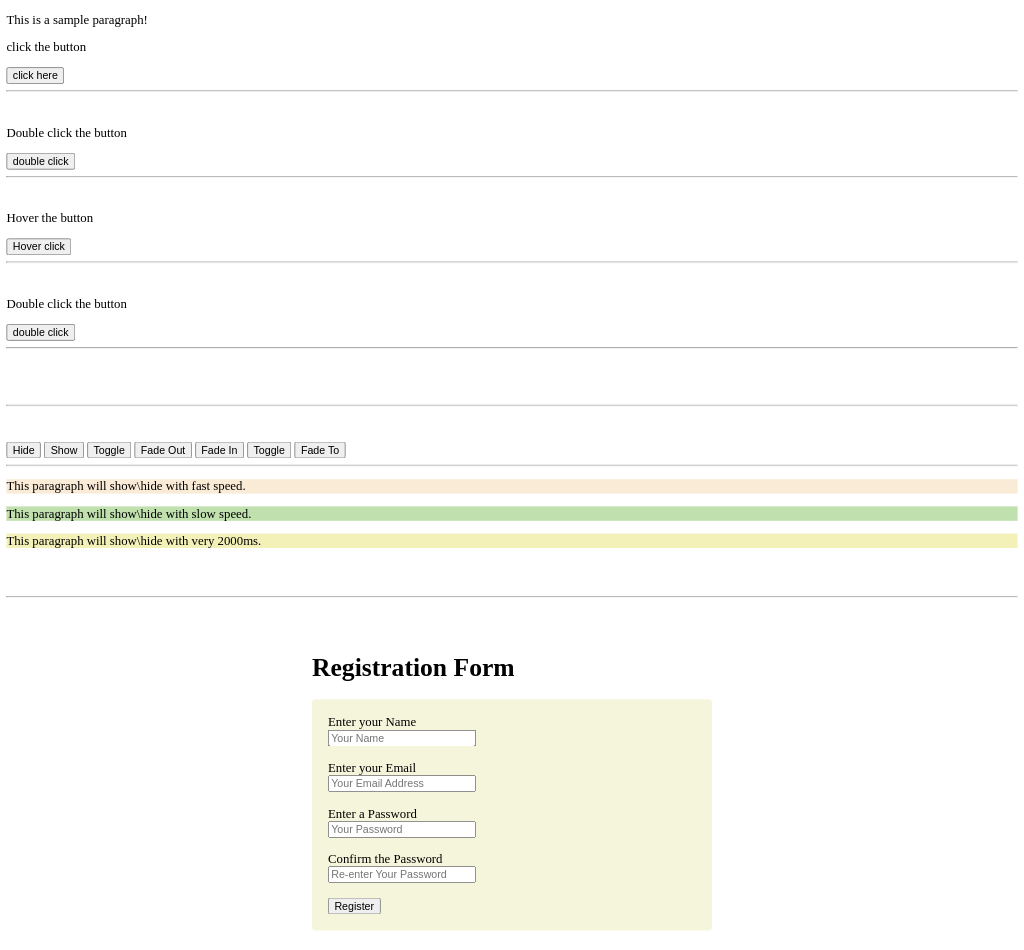
Repository: DhananjayaLakshan/Uom-Web_Design_For_Beginners
Page: Work02/index.html
The author's editor kept a copy of each file at every save. The page is drawn from the files as they stood at one save, then again after the next save.
The browser window is 1280 px wide. The pictures show the whole page, at 80% of full size.

Above is the page before, as saved 2023-12-01 00:05:02.

### Work02/index.html
<!DOCTYPE html>
<html lang="en">

<head>
    <meta charset="UTF-8" />
    <meta name="viewport" content="width=device-width, initial-scale=1.0" />
    <title>jquery</title>
    <script src="jquery-3.7.1.min.js"></script>
    <script src="jquery.validate.min.js"></script>
    <script src="https://cdn.jsdelivr.net/npm/jquery-validation-unobtrusive@4.0.0/dist/jquery.validate.unobtrusive.min.js"></script>
    <link rel="stylesheet" href="style.css">
</head>

<body>
    <p id="pid">This is a sample paragraph!</p>

    <script>
        $(document).ready(function () {
            $("#pid").click(function () {
                alert("You clicked the paragraph..!!");
            });
        });

        // $('#pid').click(function(){
        //     alert('You clicked the paragraph..!!');
        // });

        // document.getElementById('pid').onclick = function(){
        //     alert('You clicked the paragraph..!!');
        // }
    </script>

    <p>click the button</p>
    <button id="btn1">click here</button>
    <br />
    <hr />
    <br />

    <p>Double click the button</p>
    <button id="btn2">double click</button>
    <br />
    <hr />
    <br />

    <p>Hover the button</p>
    <button id="btn3">Hover click</button>
    <br />
    <hr />
    <br />

    <p>Double click the button</p>
    <button id="btn4">double click</button>
    <br />
    <hr />
    <br />

    <script>
        $(document).ready(function () {
            $("#btn1").click(function () {
                $(this).hide();
            });

            $("#btn2").dblclick(function () {
                $(this).hide();
            });

            $("#btn3").hover(function () {
                $(this).css("background-color", "pink");
            });

            $("#btn4").on({
                mouseenter: function () {
                    $(this).css("background-color", "cyan");
                },
                mouseleave: function () {
                    $(this).css("background-color", "yellow");
                },
            });
        });
    </script>

    <br /><br />
    <hr />
    <br /><br />

    <button class="hideBtn">Hide</button>
    <button class="showBtn">Show</button>
    <button class="toggleBtn">Toggle</button>
    <button class="fadeout">Fade Out</button>
    <button class="fadein">Fade In</button>
    <button class="toggle">Toggle</button>
    <button class="fadeto">Fade To</button>

    <hr />

    <p class="pfast" style="background-color: antiquewhite">
        This paragraph will show\hide with fast speed.
    </p>
    <p class="pslow" style="background-color: rgb(192, 224, 174)">
        This paragraph will show\hide with slow speed.
    </p>
    <p class="pclass" style="background-color: rgb(243, 241, 184)">
        This paragraph will show\hide with very 2000ms.
    </p>

    <script>
        $(document).ready(function () {
            $(".hideBtn").click(function () {
                $("p.pfast").hide("fast");
                $("p.pslow").hide("slow");
                $("p.pclass").hide(2000);
            });

            $(".showBtn").click(function () {
                $("p.pfast").show("fast");
                $("p.pslow").show("slow");
                $("p.pclass").show(2000);
            });

            $(".toggleBtn").click(function () {
                $("p.pfast").toggle("fast");
                $("p.pslow").toggle("slow");
                $("p.pclass").toggle(2000);
            });

            $(".fadeout").click(function () {
                $("p.pfast").fadeOut("fast");
                $("p.pslow").fadeOut("slow");
                $("p.pclass").fadeOut(2000);
            });

            $(".fadein").click(function () {
                $("p.pfast").fadeIn("fast");
                $("p.pslow").fadeIn("slow");
                $("p.pclass").fadeIn(2000);
            });

            $(".toggle").click(function () {
                $("p.pfast").fadeToggle("fast");
                $("p.pslow").fadeToggle("slow");
                $("p.pclass").fadeToggle(2000);
            });

            $(".fadeto").click(function () {
                $("p.pfast").fadeTo("fast", 0.5);
                $("p.pslow").fadeTo("slow", 0.5);
                $("p.pclass").fadeTo(2000, 0.5);
            });
        });
    </script>

    <br /><br />
    <hr />
    <br /><br />

    <div class="container">
        <h1>Registration Form</h1>
        <form action="" name="registration">

            <label for="name">Enter your Name</label><br>
            <input type="text" name="name" id="name" placeholder="Your Name" />
            <span data-valmsg-for="name" data-valmsg-replace="true"></span>
            <br><br>

            <label for="email">Enter your Email</label><br>
            <input type="email" name="email" id="email" placeholder="Your Email Address" />
            <span data-valmsg-for="email" data-valmsg-replace="true"></span>
            <br><br>

            <label for="password">Enter a Password</label><br>
            <input type="password" name="password" id="password" placeholder="Your Password" />
            <span data-valmsg-for="password" data-valmsg-replace="true"></span>
            <br><br>

            <label for="password">Confirm the Password</label><br>
            <input type="password" name="confirmpassword" id="confirmpassword" placeholder="Re-enter Your Password" />
            <span data-valmsg-for="confirmpassword" data-valmsg-replace="true"></span>
            <br><br>

            <button type="submit">Register</button>
        </form>
    </div>

    <script>
        $(function(){
            $("form[name='registration']").validate({
                rules:{
                    name:"required",
                    email:{
                        required:true,
                        email:true
                    },
                    password:{
                        required:true,
                        minlength:5
                    },
                    confirmpassword:{
                        required:true,
                        minlength:5,
                        equalTo:"password"
                    }
                },

                messages:{
                    name: "Please enter your name",

                    email:{
                        required:"Please enter your email address",
                        email:"Please enter the valid email"
                    },

                    password:{
                        required: "Please enter a password",
                        minlength:"Your password must be consist of at lease 5 characters"
                    },

                    confirmpassword:{
                        required: "Please Re-enter the password",
                        minlength: "Your password must be consist of at lease 5 characters",
                        equalTo: "Please enter the same password as above"
                    }
                }
            })
        });
    </script>











</body>

</html>

### Work02/style.css
.container{
    width: 500px;
    margin: 25px auto;
}

form{
    padding: 20px;
    background-color:beige;
    color: black;
    font-weight: 500;
    -moz-border-radius: 4px;
    -webkit-border-radius: 4px;
    border-radius: 4px;
}

Loaded but not shown: Work02/jquery-3.7.1.min.js (library); Work02/jquery.validate.min.js (library)

After the next save:
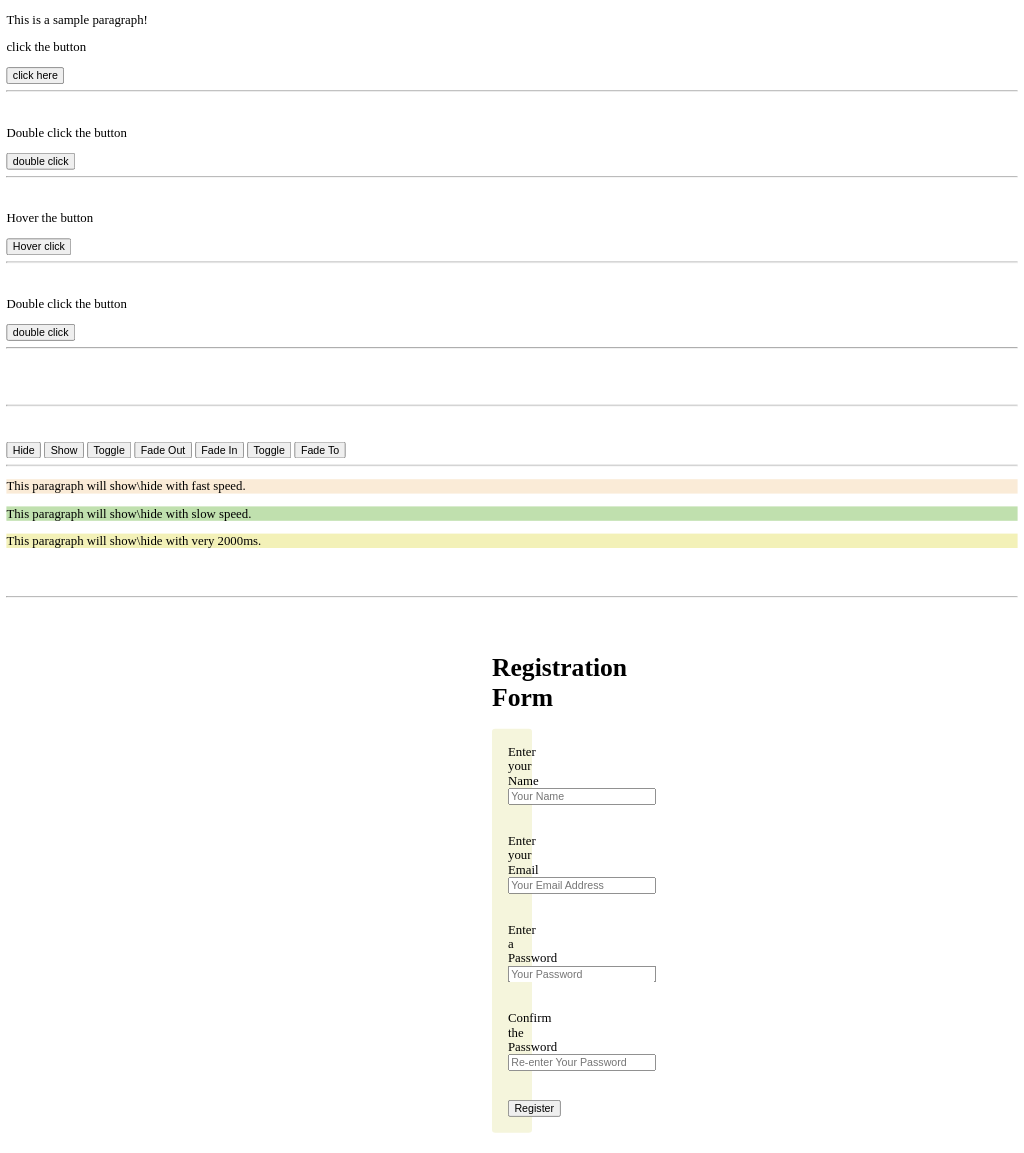
Saved 17 s later.
--- a/Work02/style.css
+++ b/Work02/style.css
@@ -1,5 +1,5 @@
 .container{
-    width: 500px;
+    width: 50px;
     margin: 25px auto;
 }
 
